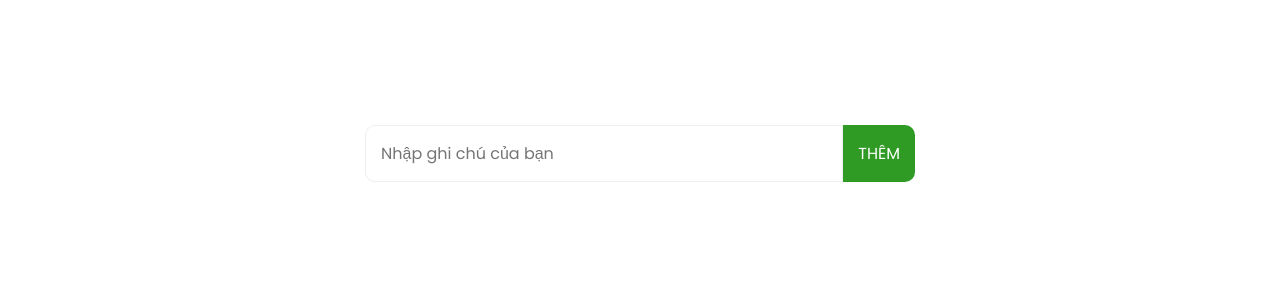
Repository: Nqvinh7603/TO-DO-LIST
Page: index.html
These files come from the project's save history. The page is drawn as it stood at one moment and after the next save; the edit follows.
The browser window is 1280 px wide. The pictures show the whole page.

Above is the page before, as saved 2023-12-28 10:41:33.

### index.html
<!DOCTYPE html>
<html lang="en">

<head>
  <meta charset="UTF-8" />
  <meta http-equiv="X-UA-Compatible" content="IE=edge" />
  <title>Todo list</title>
  <link rel="preconnect" href="https://fonts.gstatic.com" />
  <link href="https://fonts.googleapis.com/css2?family=Poppins:wght@400;600&display=swap" rel="stylesheet" />
  <link rel="stylesheet" href="https://cdnjs.cloudflare.com/ajax/libs/font-awesome/4.7.0/css/font-awesome.min.css"
    integrity="sha512-SfTiTlX6kk+qitfevl/7LibUOeJWlt9rbyDn92a1DqWOw9vWG2MFoays0sgObmWazO5BQPiFucnnEAjpAB+/Sw=="
    crossorigin="anonymous" />
  <link rel="stylesheet" href="./app.css" />
</head>

<body>
  <div class="todo">
    <form class="todo-form" autocomplete="off">
      <!-- <input type="text" name="todo" placeholder="Nhập ghi chú của bạn" class="todo-input" />
      <button class="todo-submit" type="submit">THÊM</button> -->
    </form>
    <div class="todo-list">

    </div>
  </div>
  <script src="./ToDoList.js"></script>
</body>

</html>

### app.css
html {
  box-sizing: border-box;
}
* {
  margin: 0;
  padding: 0;
}
*,
*:before,
*:after {
  box-sizing: border-box;
}
input,
textarea,
select,
button {
  outline: none;
}
input {
  line-height: normal;
}
label,
button {
  cursor: pointer;
}
a {
  text-decoration: none;
}
img {
  display: block;
  max-width: 100%;
}
*,
*:before,
*:after {
  box-sizing: border-box;
}
/* using rem unit */
html {
  font-size: 62.5%;
}
a {
  text-decoration: none;
}
img {
  display: block;
  max-width: 100%;
}
input,
button,
body {
  font-family: "Poppins", sans-serif;
  font-size: 16px;
  line-height: 1;
}
.todo {
  padding: 25px;
  margin: 25px auto;
  max-width: 600px;
}
.todo-form {
  width: 100%;
  display: flex;
}
.todo-submit {
  padding: 15px;
  border: 0;
  background-color: #2f9b25;
  color: white;
  border-radius: 0 10px 10px 0;
  flex-shrink: 0;
}
.todo-input {
  width: 100%;
  border: 1px solid #eee;
  padding: 15px;
  border-radius: 10px 0 0 10px;
}
.todo-item {
  margin-top: 15px;
  display: flex;
  align-items: center;
  padding: 15px 0;
}
.todo-text {
  flex: 1;
  font-weight: 300;
  color: #333;
  display: inline-block;
  padding-right: 20px;
  white-space: nowrap;
  max-width: 100%;
  overflow: hidden;
  text-overflow: ellipsis;
  line-height: 1.4;
}
.todo-remove {
  flex-shrink: 0;
  width: 40px;
  height: 40px;
  background-color: #fc5776;
  color: white;
  border-radius: 4px;
  cursor: pointer;
  display: flex;
  justify-content: center;
  align-items: center;
}

### ToDoList.js
// MVC: Model View Controller
class Model {
  constructor() {
    this.todos = JSON.parse(localStorage.getItem("todoList")) || [];
  }

  handleTodoChange(handler) {
    this.todoListChange = handler;
    // handleTodoChange = (todos) => {
    //   this.view.displayTodos(todos);
    // };
  }

  _reload(todos) {
    this.todoListChange(todos);
    localStorage.setItem("todoList", JSON.stringify(todos));
  }

  addTodo(todoText) {
    if (todoText.length > 0) {
      this.todos.push(todoText);
    }
    this._reload(this.todos);
  }

  removeTodo(todoText) {
    const index = this.todos.findIndex((item) => item === todoText);
    this.todos.splice(index, 1);
    this._reload(this.todos);
  }
}
class View {
  constructor() {
    this.app = this.getElement("body");

    this.todoWrapper = this.createElement("div", "todo");
    this.form = this.createElement("form", "todo-form");
    this.form.autocomplete = "off";

    this.input = this.createElement("input", "todo-input");
    this.input.type = "text";
    this.input.placeholder = "Nhập ghi chú của bạn";
    this.input.name = "todo";

    this.submit = this.createElement("button", "todo-submit");
    this.submit.type = "submit";
    this.submit.textContent = "THÊM";

    this.form.append(this.input, this.submit);

    this.todoList = this.createElement("div", "todo-list");
    this.todoWrapper.append(this.form, this.todoList);
    this.app.append(this.todoWrapper);
  }

  // createElement
  createElement(tag, className) {
    const elm = document.createElement(tag);
    if (className) elm.classList.add(className);
    return elm;
  }
  // getElement
  getElement(selector) {
    const elm = document.querySelector(selector);
    return elm;
  }

  get _todoValue() {
    return this.input.value;
  }

  _resetValue() {
    this.input.value = "";
  }

  displayTodos(todos) {
    while (this.todoList.firstChild) {
      this.todoList.removeChild(this.todoList.firstChild);
    }
    if (todos.length > 0) {
      todos.forEach((todoText) => {
        const todoItem = this.createElement("div", "todo-item");
        const span = this.createElement("span", "todo-text");
        span.textContent = todoText;
        const icon = this.createElement("i");
        icon.className = "fa fa-trash todo-remove";
        icon.setAttribute("data-value", todoText);

        todoItem.append(span, icon);

        this.todoList.append(todoItem);
      });
    }
  }

  viewAddTodo(handler) {
    this.form.addEventListener("submit", (e) => {
      e.preventDefault();
      if (this._todoValue) {
        handler(this._todoValue);
        this._resetValue();
      }
    });
  }

  viewRemoveTodo(handler) {
    this.todoList.addEventListener("click", (e) => {
      if (e.target.matches(".todo-remove")) {
        const todo = e.target.parentNode;
        todo.parentNode.removeChild(todo);
        const value = e.target.dataset.value;
        handler(value);
      }
    });
  }
}
class Controller {
  constructor(model, view) {
    this.model = model;
    this.view = view;
    // this.view.displayTodos(this.model.todos);
    this.model.handleTodoChange(this.handleTodoChange);
    this.view.viewAddTodo(this.handleAddTodo);
    this.view.viewRemoveTodo(this.handleRemoveTodo);

    this.handleTodoChange(this.model.todos);
  }

  handleTodoChange = (todos) => {
    this.view.displayTodos(todos);
  };

  handleAddTodo = (todoText) => {
    this.model.addTodo(todoText);
  };

  handleRemoveTodo = (todoText) => {
    this.model.removeTodo(todoText);
  };
}

const app = new Controller(new Model(), new View());

After the next save:
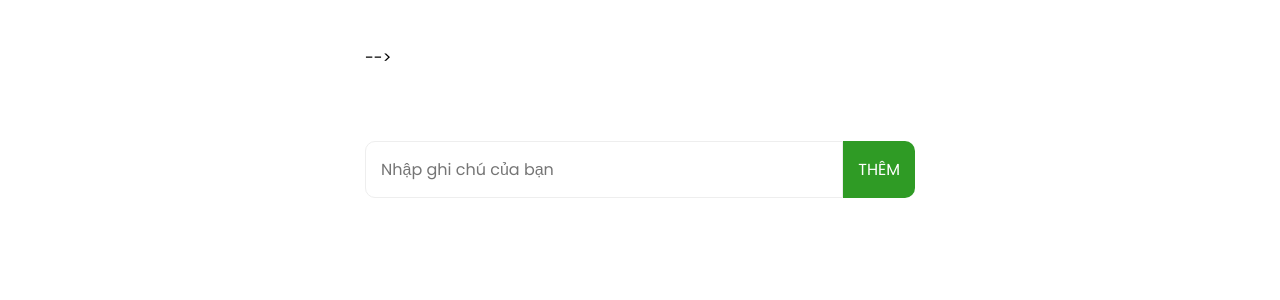
Saved 12 s later.
--- a/index.html
+++ b/index.html
@@ -15,10 +15,10 @@
 
 <body>
   <div class="todo">
-    <form class="todo-form" autocomplete="off">
+    <!-- <form class="todo-form" autocomplete="off">
       <!-- <input type="text" name="todo" placeholder="Nhập ghi chú của bạn" class="todo-input" />
       <button class="todo-submit" type="submit">THÊM</button> -->
-    </form>
+    </form> -->
     <div class="todo-list">
 
     </div>

After the save that followed:
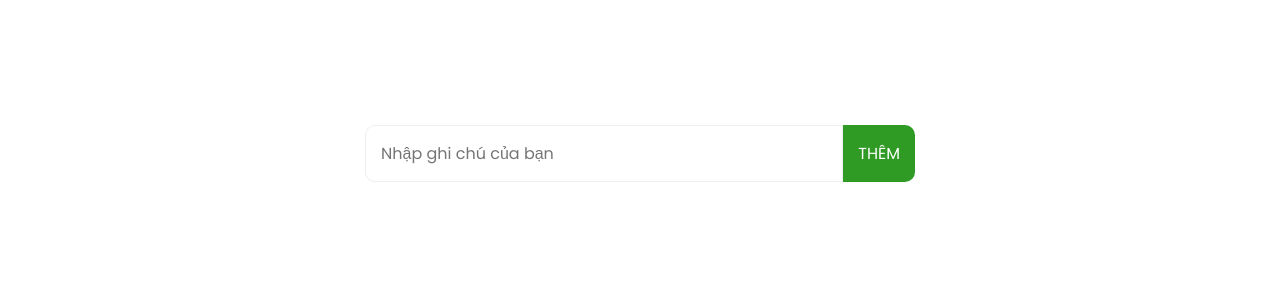
Saved 25 s later.
--- a/index.html
+++ b/index.html
@@ -16,8 +16,8 @@
 <body>
   <div class="todo">
     <!-- <form class="todo-form" autocomplete="off">
-      <!-- <input type="text" name="todo" placeholder="Nhập ghi chú của bạn" class="todo-input" />
-      <button class="todo-submit" type="submit">THÊM</button> -->
+      <input type="text" name="todo" placeholder="Nhập ghi chú của bạn" class="todo-input" />
+      <button class="todo-submit" type="submit">THÊM</button>
     </form> -->
     <div class="todo-list">
 
